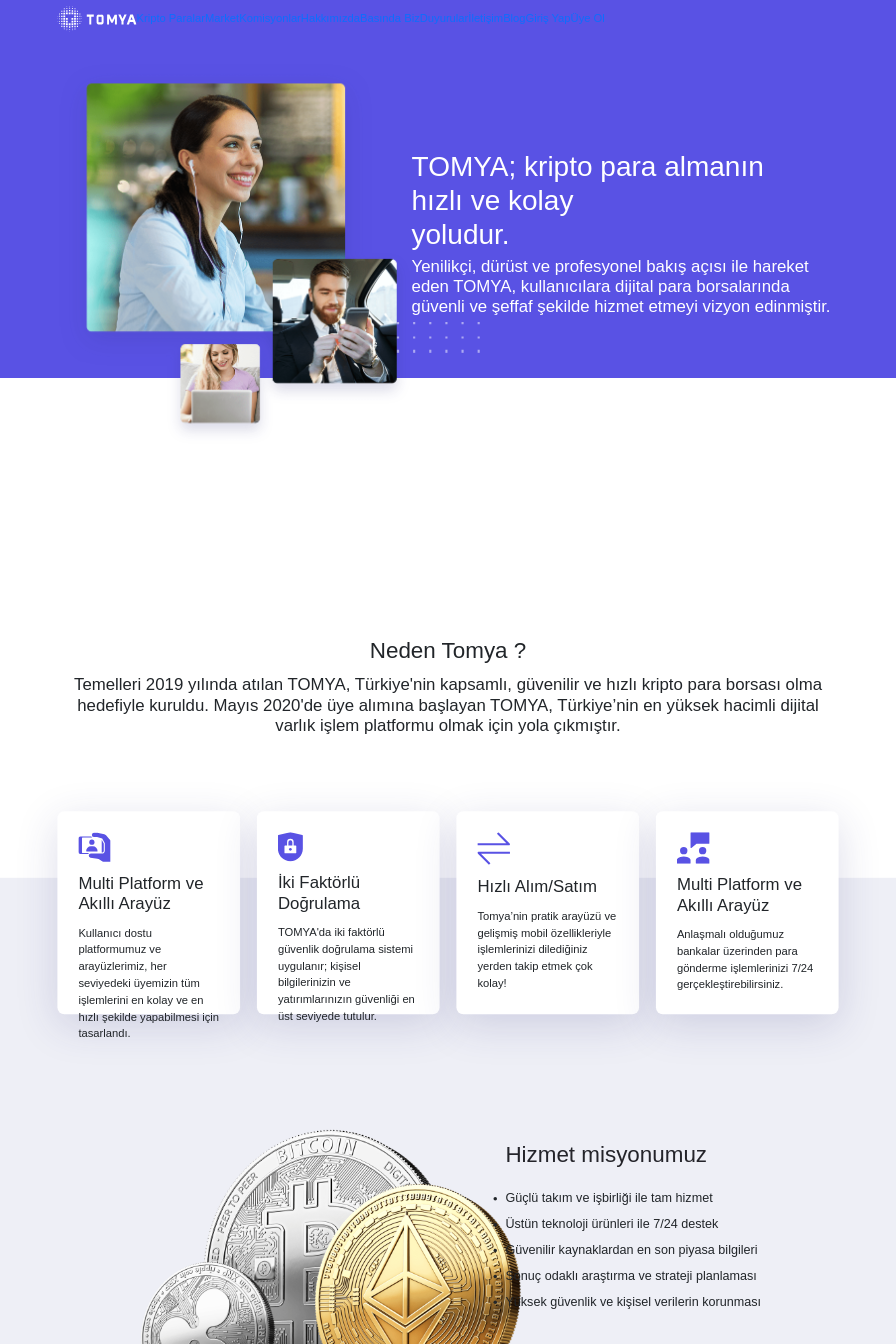
Repository: ezgibayrakli/TomyaProje
Page: index copy.html
An editor plug-in stored every save of this project. The page is shown before and after a run of saves, followed by the edit.
The browser window is 1280 px wide. The pictures show the part of the page from y = 0 to 1920 px (the page is 5181 px tall), at 70% of full size.
Some web fonts or font styles are not loaded; a fallback is used.

Above is the page before, as saved 2023-07-06 13:27:21.

After the next 2 saves:
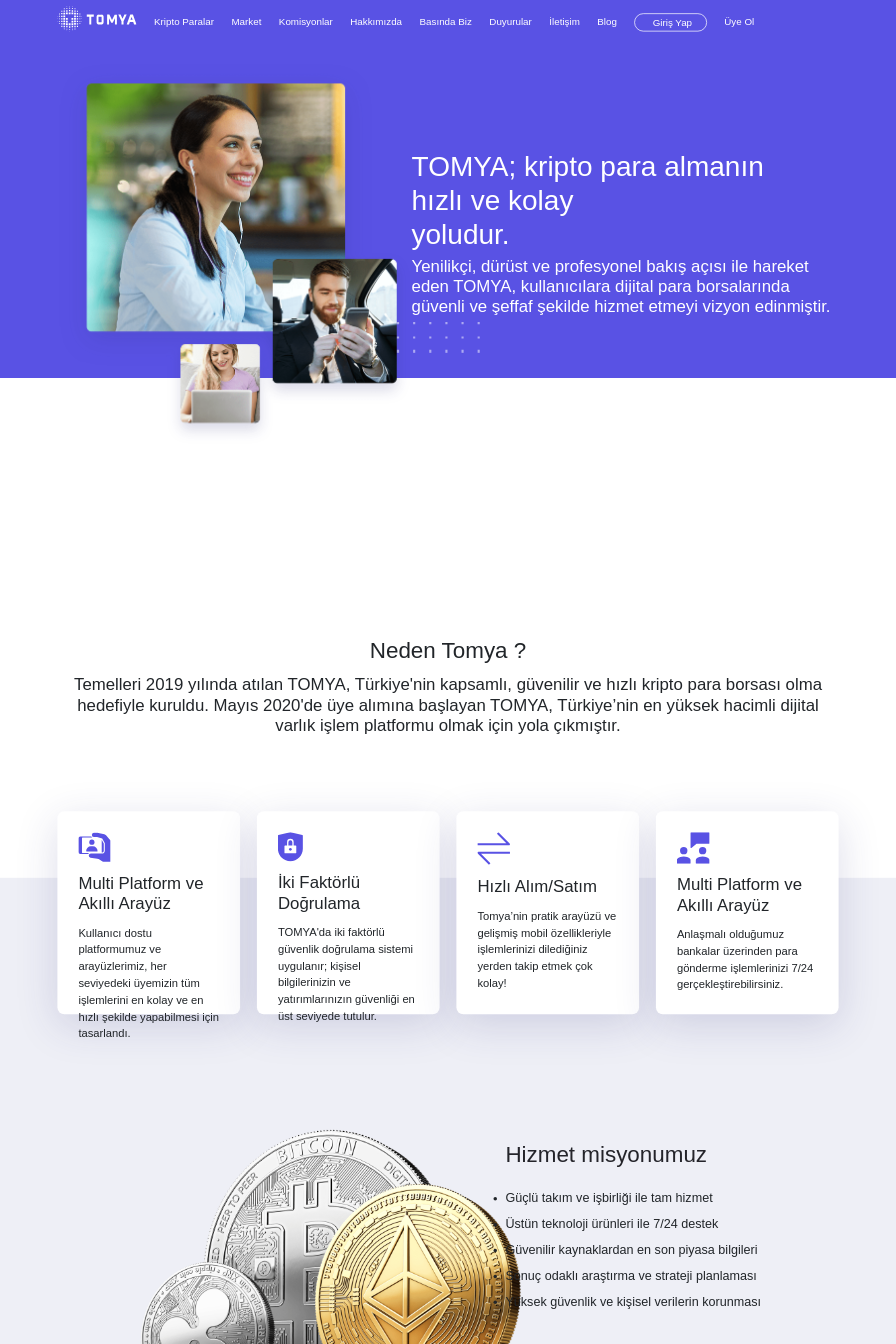
The 2 saves are shown as one change because they came seconds apart.
The last was saved 9 s later.
--- a/style.css
+++ b/style.css
@@ -52,26 +52,26 @@
     justify-content: space-between;
     padding-top: 50px;
 }
-/* .menu-items ul{
-    align-items: center;
-    justify-content: flex-end;
-}
-.main-menu-header{
-    display: flex;
-    padding-top: 10px;
-}
- .main-menu-header li > a {
-    color: white;
-    font-size: 14px;
-    padding-left: 25px;
-}
-.enter{
-    border: 1px solid;
-    color:#fff;
-    border-radius: 25px;
-    padding-right: 20px;
-    margin-left: 25px;
-} */
+    .menu-items ul{
+        align-items: center;
+        justify-content: flex-end;
+    }
+    .main-menu-header{
+        display: flex;
+        padding-top: 10px;
+    }
+    .main-menu-header li > a {
+        color: white;
+        font-size: 14px;
+        padding-left: 25px;
+    }
+    .enter{
+        border: 1px solid;
+        color:#fff;
+        border-radius: 25px;
+        padding-right: 20px;
+        margin-left: 25px;
+    }
 
 /* HEADER TEXT */
 .header-text{
